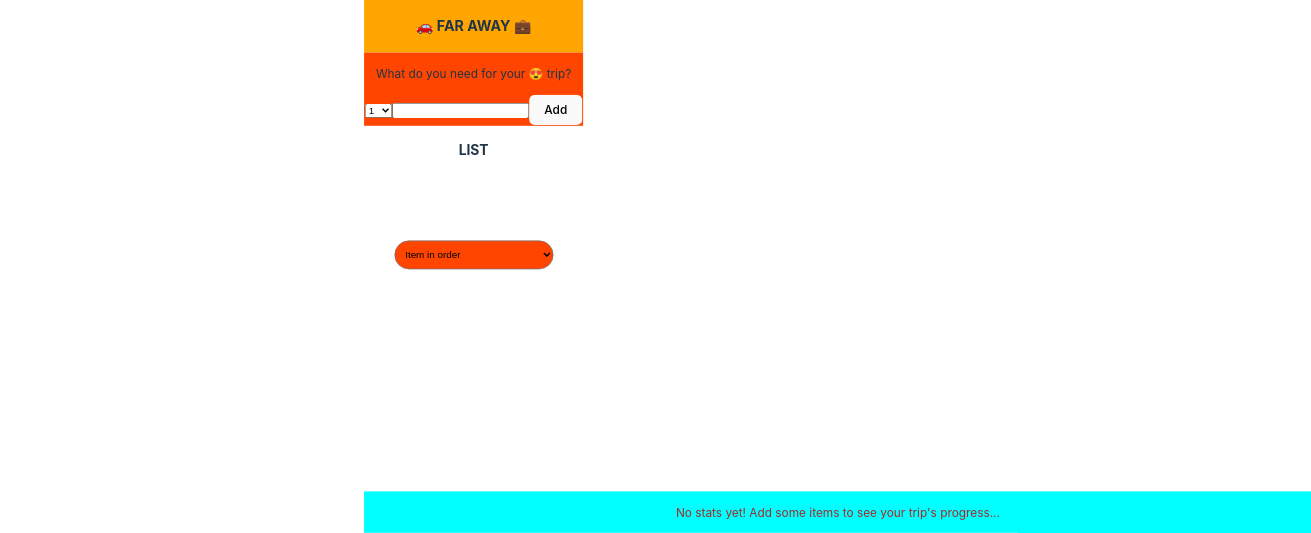
Repository: Celebration-cloud/Trip-Add-To-List
Page: /
These files come from the project's save history. The page is drawn as it stood at one moment and after the next save; the edit follows.
The browser window is 1280 px wide. The page is 1772 px wide, then 1280 px, then 1772 px, so the pictures cover 1772 px, including what lies to the right of the window. The pictures show the whole page, at 74% of full size.
The project was rebuilt for these pictures with package versions that can differ from the ones it lists, and the page was loaded fresh each time. Also part of the build but not shown: vite.config.js.

Above is the page before, as saved 2023-10-29 16:32:02.

### src/App.jsx
import './App.css'
import TripList from './Trip-List/TripList'

function App() {

  return (
    <>
    <TripList/>
    </>
  )
}

export default App

### src/App.css
#root {
  margin: 0;
  padding: 0;
  text-align: center;
}

.logo {
  height: 6em;
  padding: 1.5em;
  will-change: filter;
  transition: filter 300ms;
}
.logo:hover {
  filter: drop-shadow(0 0 2em #646cffaa);
}
.logo.react:hover {
  filter: drop-shadow(0 0 2em #61dafbaa);
}

@keyframes logo-spin {
  from {
    transform: rotate(0deg);
  }
  to {
    transform: rotate(360deg);
  }
}

@media (prefers-reduced-motion: no-preference) {
  a:nth-of-type(2) .logo {
    animation: logo-spin infinite 20s linear;
  }
}

.card {
  padding: 2em;
}

.read-the-docs {
  color: #888;
}

### src/Trip-List/TripList.jsx
/* eslint-disable react/no-unescaped-entities */
/* eslint-disable react/prop-types */
import { useState } from "react";
import './TripList.css'
function TripList() {
  const [addItem, setAddItem] = useState([]);

  const handleAddItem = (item) => {
    setAddItem((items) => [...items, item]);
  };
  const handleRemoveItem = (id) =>{
    setAddItem(items => items.filter(p => p.id !== id))
  }
  const handleChecked = (id) => {
    setAddItem(items => items.map(item => item.id === id ? {...item, packed: !item.packed} : item));
  };
  return (
    <div>
      <TripHead/>
      <TripForm handleAddItem={handleAddItem}/>
      <TripListForm addItem={addItem} remove={handleRemoveItem} check={handleChecked}/>
      <TripStats stats={addItem}/>
    </div>
  )
}

export default TripList

function TripHead() {
  return (
    <div style={{backgroundColor: "orange", padding: "5px"}}>
      <h2 className="title">🚗 FAR AWAY 💼</h2>
    </div>
  )
}

function TripForm({handleAddItem}) {
  const [item, setItem] = useState({description: "", quantity: 1})

  const handleSubmit = (e) =>{
    e.preventDefault();
    if (!item.description) return;

    const newItem = {
      des: item.description,
      amount: item.quantity,
      packed: false,
      id: Date.now(),
    };

    handleAddItem(newItem);
    setItem({ description: "", quantity: 1 });
  }
  const handleInput = (e) =>{
    setItem(prev => ({...prev, description: e.target.value}))
  }
  const handleOption = (e) =>{
    setItem(prevState => ({...prevState,quantity: Number(e.target.value)}))
  }
  return (
    <div style={{ backgroundColor: "orangered", padding: "1px" }}>
      <form onSubmit={handleSubmit}>
        <span>
          <p>What do you need for your 😍 trip?</p>
          <select onChange={handleOption} value={item.quantity}>
            {Array.from({ length: 10 }, (_, i) => i + 1).map((num) => (
              <option value={num} key={num}>
                {num}
              </option>
            ))}
          </select>
          <input onChange={handleInput} value={item.description}></input>
          <button type="submit">Add</button>
        </span>
      </form>
    </div>
  );
}

function TripListForm({addItem, remove, check}) {
  const [sort, setSort] = useState("input")
  const sortingBy = (e) => {
    setSort(e.target.value);
  };
  let sorting;
  if (sort === "input") sorting = addItem;
  if (sort === "checked")
    sorting = addItem.slice().sort((a, b) => a.des.localeCompare(b.des));
  if (sort === "order")
    sorting = addItem
      .slice()
      .sort((a, b) => Number(a.packed) - Number(b.packed));

  return (
    <>
      <h3>LIST</h3>
      <ul style={{ listStyleType: "none" }}>
        <li>
          {sorting?.map((item) => (
            <>
              <input
                type="checkbox"
                value={item.packed}
                onChange={() => check(item.id)}
              />
              <span
                key={item.id}
                style={item.packed ? { textDecoration: "line-through" } : {}}
              >
                {item.amount}-{item.des}
              </span>
              <button onClick={() => remove(item.id)}>
                🚩
              </button>
            </>
          ))}
        </li>
      </ul>
      <div>
        <select onChange={sortingBy} value={sort} style={{padding: "10px 100px 10px 10px", marginTop: "90px", backgroundColor: "orangered", borderRadius: "20px"}}>
          <option value="input" style={{marginRight: "5px", backgroundColor: "brown" }}>Item in order</option>
          <option value="checked" style={{marginRight: "5px"}}>Checked Item</option>
          <option value="order" style={{marginRight: "5px"}}>Split Item</option>
        </select>
      </div>
    </>
  );
}

function TripStats({stats}) {
  if(!stats.length)
  return (
    <footer className="static">
      <p>No stats yet! Add some items to see your trip's progress...</p>
    </footer>
  );
  const total = stats.length
  const packed= stats.filter(items => items.packed).length
  const percent = Math.round((packed / total) * 100)
  return (
    <>
      {percent === 100 ? (
        <footer className="static">
          <p>You have Completed the List✈</p>
        </footer>
      ) : (
        <footer className="static">
          <p>
            You have {total} items on your list, and already packed {packed} (
            {percent}%)
          </p>
        </footer>
      )}
    </>
  );
}

### src/Trip-List/TripList.css
/* backgroundColor: "aqua",
            color: "brown",
            bottom: "0%",
            height: "30px",
            width: "100%", */
.static{
    position: absolute;
    background-color: aqua;
    color: brown;
    bottom: -0%;
    width: 100%;
}
.title{
    font-family: inherit;
    font-size: larger;
}
@media (max-width: 480px) {
    .static{
    background-color: aqua;
    color: brown;
    bottom: 0%;
    height: 70px;
    width: 100%;
}
.title{
    font-family: inherit;
    font-size: large;
}
}

Loaded but not shown: index.html (common file); src/main.jsx (common file); src/index.css (common file)

After the next save:
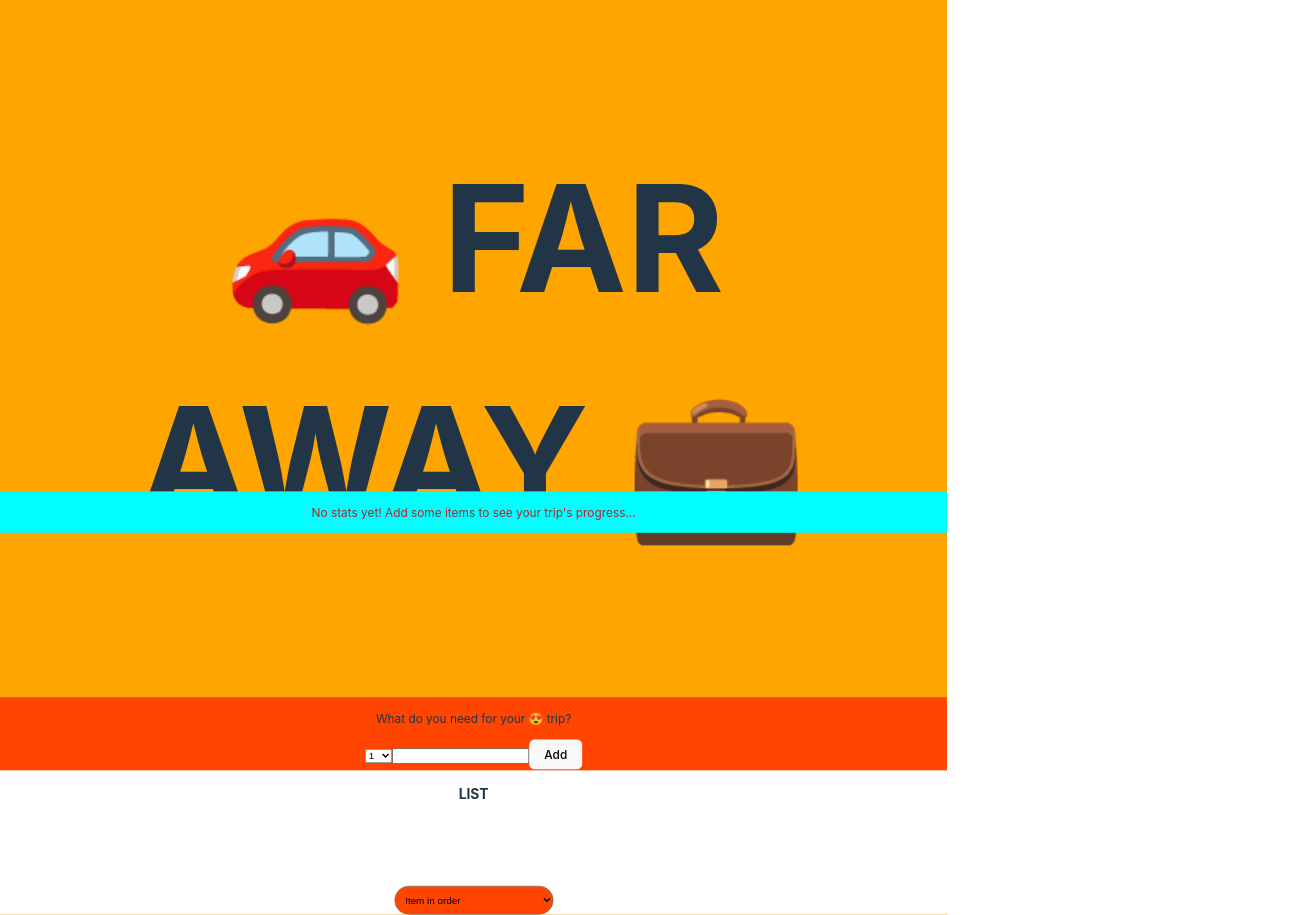
Saved 88 s later.
--- a/src/Trip-List/TripList.css
+++ b/src/Trip-List/TripList.css
@@ -12,7 +12,7 @@
 }
 .title{
     font-family: inherit;
-    font-size: larger;
+    font-size: 200px;
 }
 @media (max-width: 480px) {
     .static{

After the save that followed:
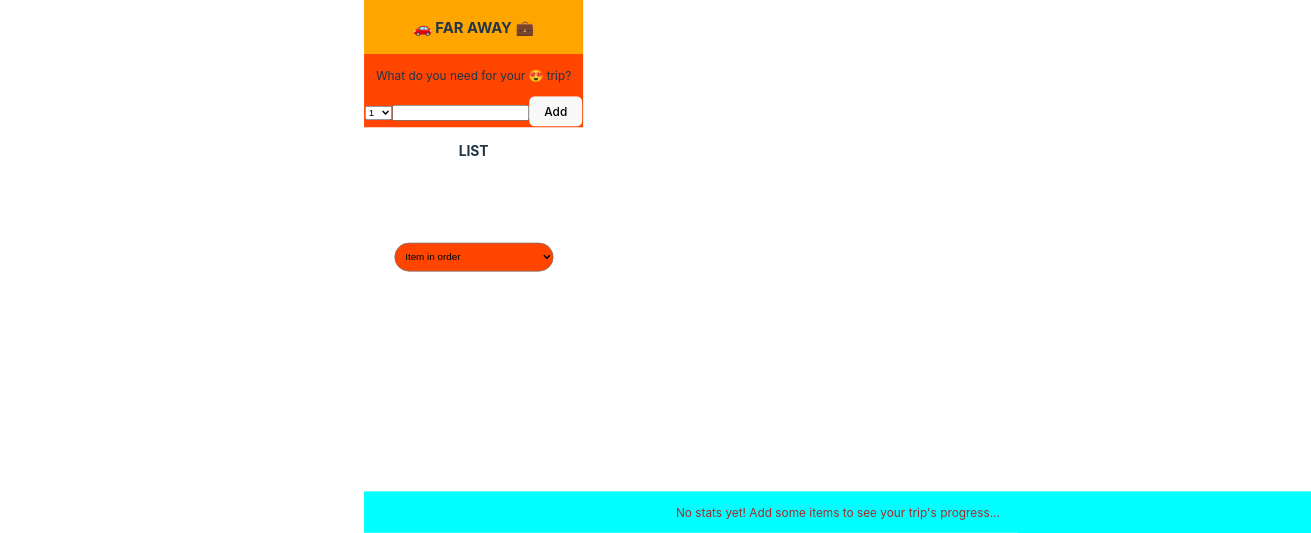
Saved 6 min 40 s later.
--- a/src/Trip-List/TripList.css
+++ b/src/Trip-List/TripList.css
@@ -12,7 +12,7 @@
 }
 .title{
     font-family: inherit;
-    font-size: 200px;
+    font-size: 20px;
 }
 @media (max-width: 480px) {
     .static{
